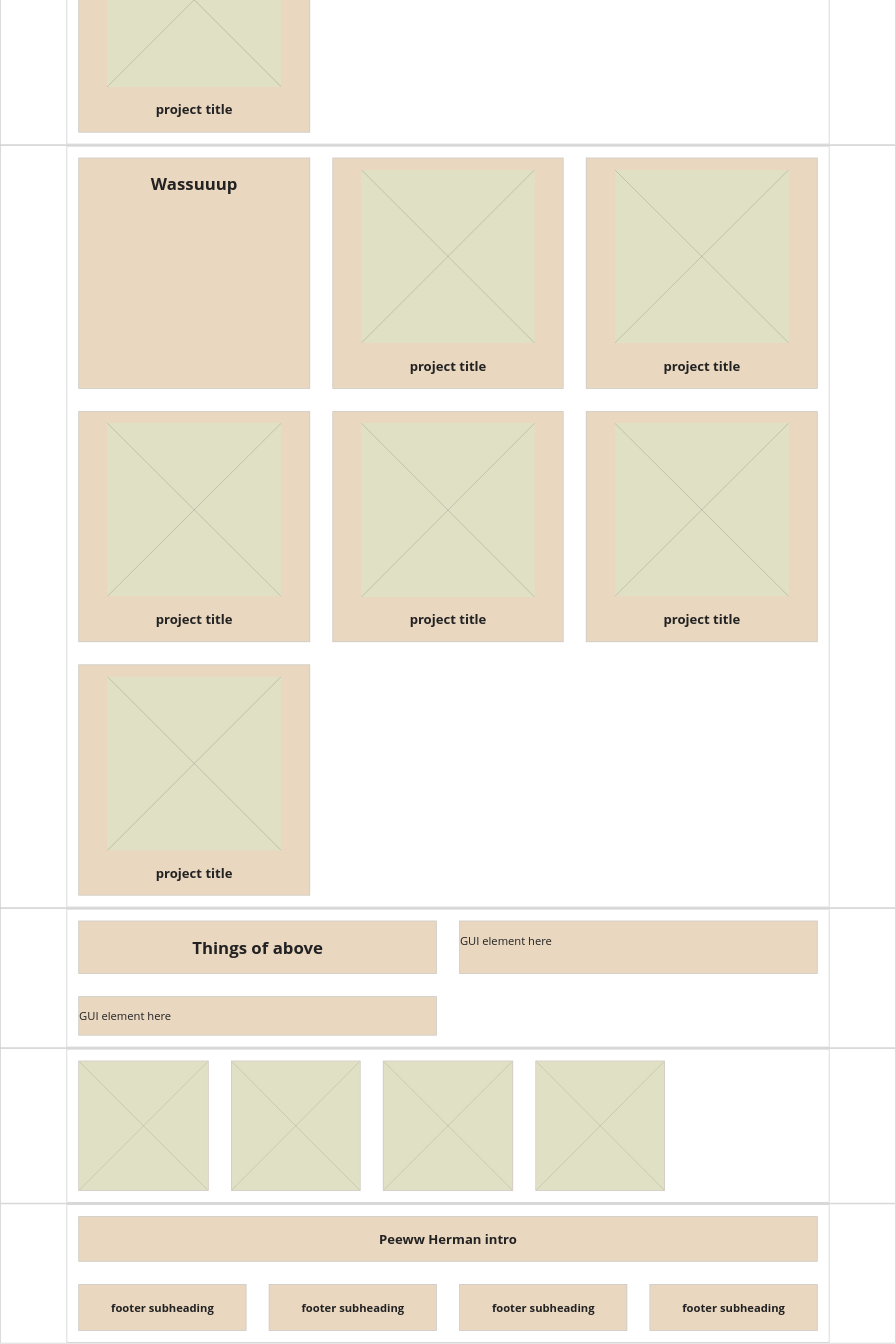
Repository: eilidhma/metrolics
Page: index.html
The author's editor kept a copy of each file at every save. The page is drawn from the files as they stood at one save, then again after a run of saves.
The browser window is 1280 px wide. The pictures show the part of the page from y = 1985 to 3905 px (the page is 3905 px tall), at 70% of full size.

Above is the page before, as saved 2021-02-02 17:37:30.

After the next 2 saves:
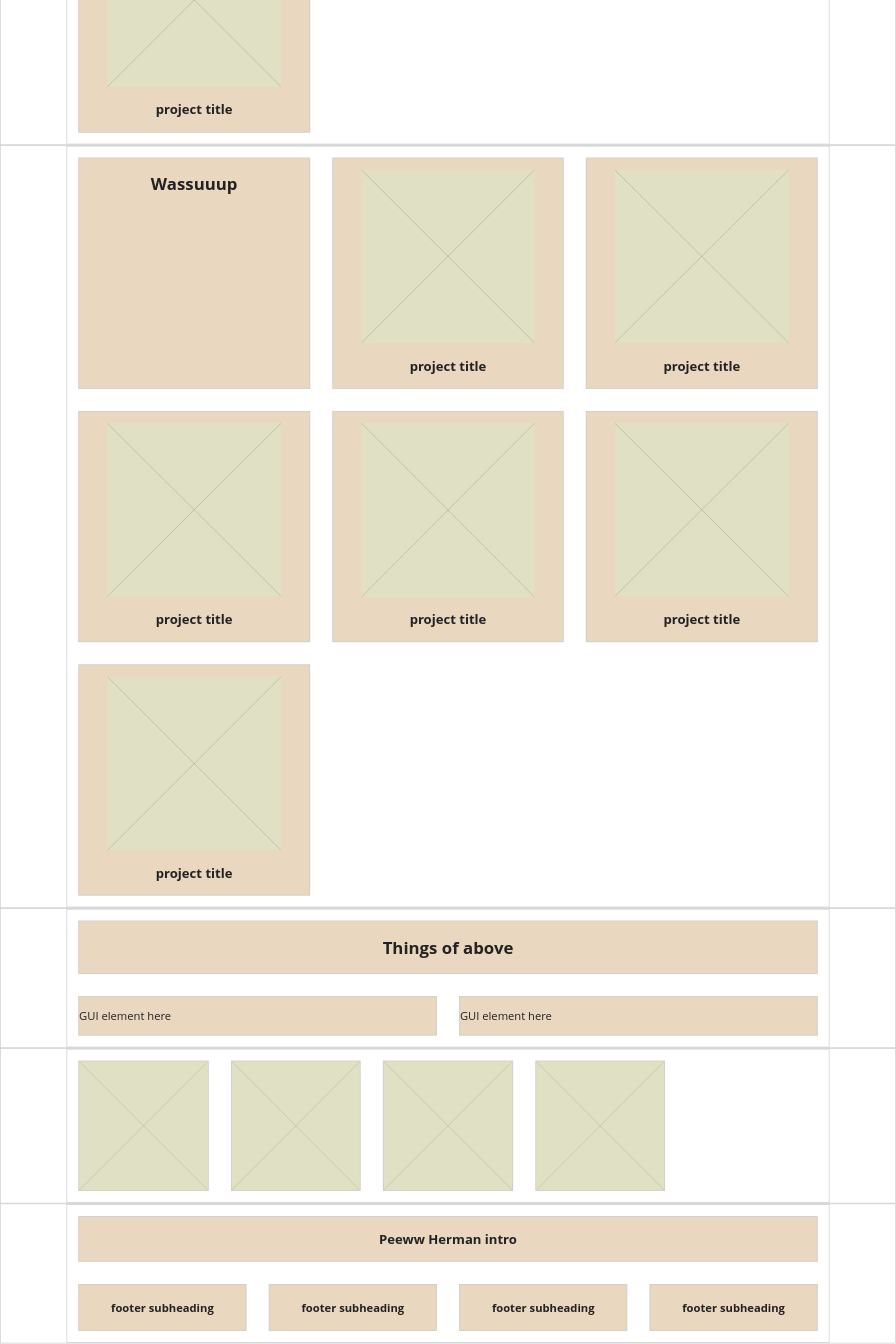
The 2 saves are shown as one change because they came seconds apart.
The last was saved 25 s later.
--- a/index.html
+++ b/index.html
@@ -468,8 +468,8 @@
 
   <section class="thingsofabove">
     <div class="row l-col-2">
-      <div class="column">
-        <h2 class="heading span-full">
+      <div class="column span-full">
+        <h2 class="heading">
           Things of above
         </h2>
       </div>
